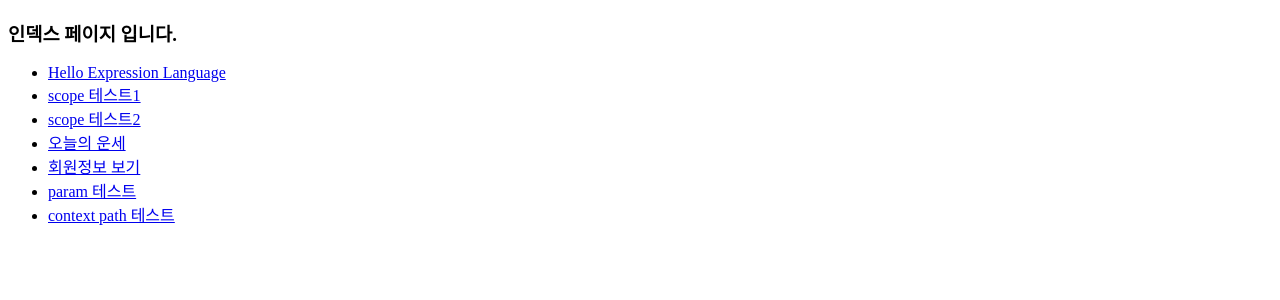
Repository: hyunhee7/web_work
Page: http://localhost/Step16_EL/
The author's editor kept a copy of each file at every save. The page is drawn from the files as they stood at one save, then again after a run of saves.
The browser window is 1280 px wide. The pictures show the whole page.
The page is served by Tomcat 9.

Above is the page before, as saved 2017-07-12 03:02:59.

After the next 2 saves:
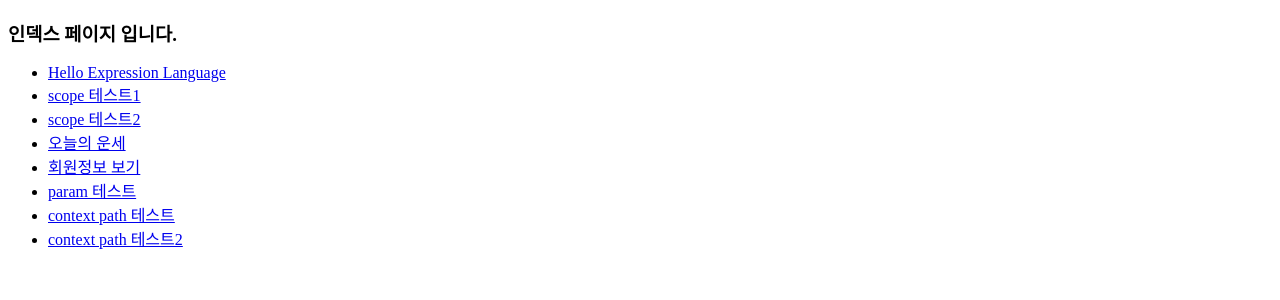
The 2 saves are shown as one change because they came seconds apart.
The last was saved 95 s later.
--- a/Step16_EL/WebContent/index.jsp
+++ b/Step16_EL/WebContent/index.jsp
@@ -16,6 +16,7 @@
 	<li><a href="scope/info.do">회원정보 보기</a></li>
 	<li><a href="param/form.jsp">param 테스트</a></li>
 	<li><a href="sub/test.jsp">context path 테스트</a></li>
+	<li><a href="sub/test2.jsp">context path 테스트2</a></li>
 </ul>
 </body>
 </html>
